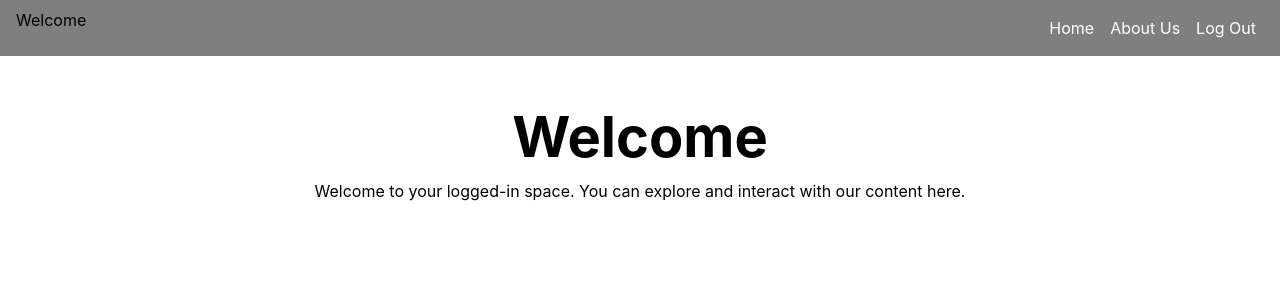
Repository: Shamanth-S/Customer-management
Page: DEMO/src/main/webapp/success.html
An editor plug-in stored every save of this project. The page is shown before and after the next save, followed by the edit.
The browser window is 1280 px wide. The pictures show the whole page.

Above is the page before, as saved 2023-08-31 20:43:31.

After the next save:
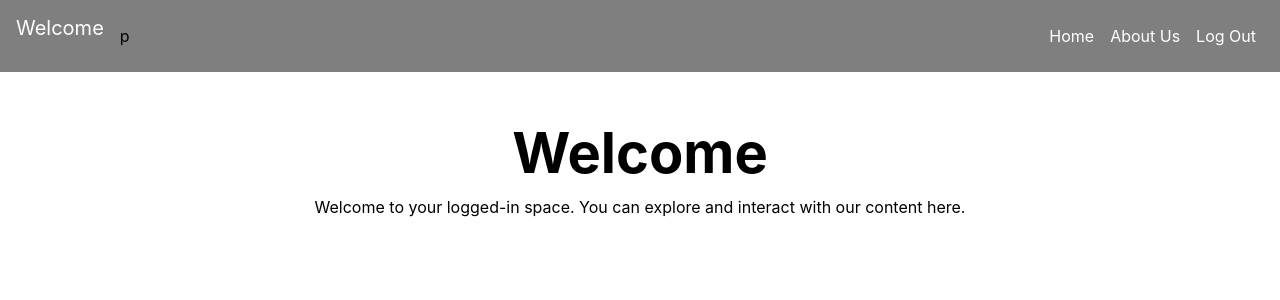
Saved 26 s later.
--- a/DEMO/src/main/webapp/success.html
+++ b/DEMO/src/main/webapp/success.html
@@ -27,7 +27,7 @@
 </head>
 <body>
     <nav class="navbar navbar-expand-lg navbar-dark bar">
-        <p>Welcome</p>
+        <p class="navbar-brand">Welcome</p>p
         <button class="navbar-toggler" type="button" data-toggle="collapse" data-target="#navbarNav" aria-controls="navbarNav" aria-expanded="false" aria-label="Toggle navigation">
             <span class="navbar-toggler-icon"></span>
         </button>

After the save that followed:
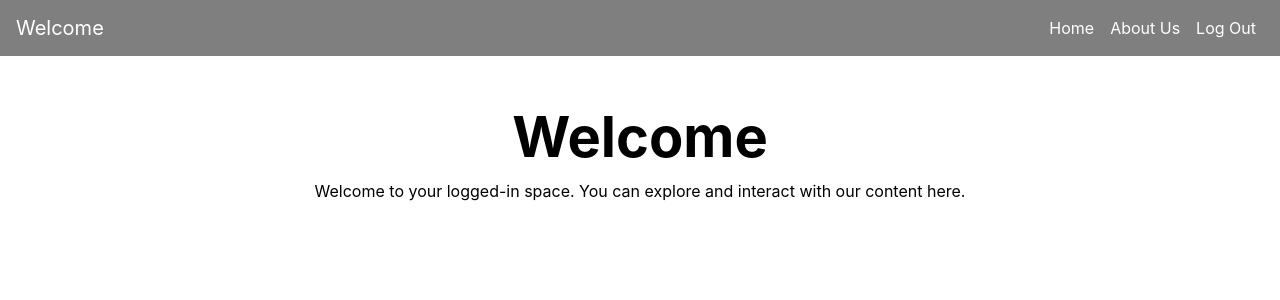
Saved 15 s later.
--- a/DEMO/src/main/webapp/success.html
+++ b/DEMO/src/main/webapp/success.html
@@ -27,7 +27,7 @@
 </head>
 <body>
     <nav class="navbar navbar-expand-lg navbar-dark bar">
-        <p class="navbar-brand">Welcome</p>p
+        <a class="navbar-brand" href="">Welcome</a>
         <button class="navbar-toggler" type="button" data-toggle="collapse" data-target="#navbarNav" aria-controls="navbarNav" aria-expanded="false" aria-label="Toggle navigation">
             <span class="navbar-toggler-icon"></span>
         </button>
